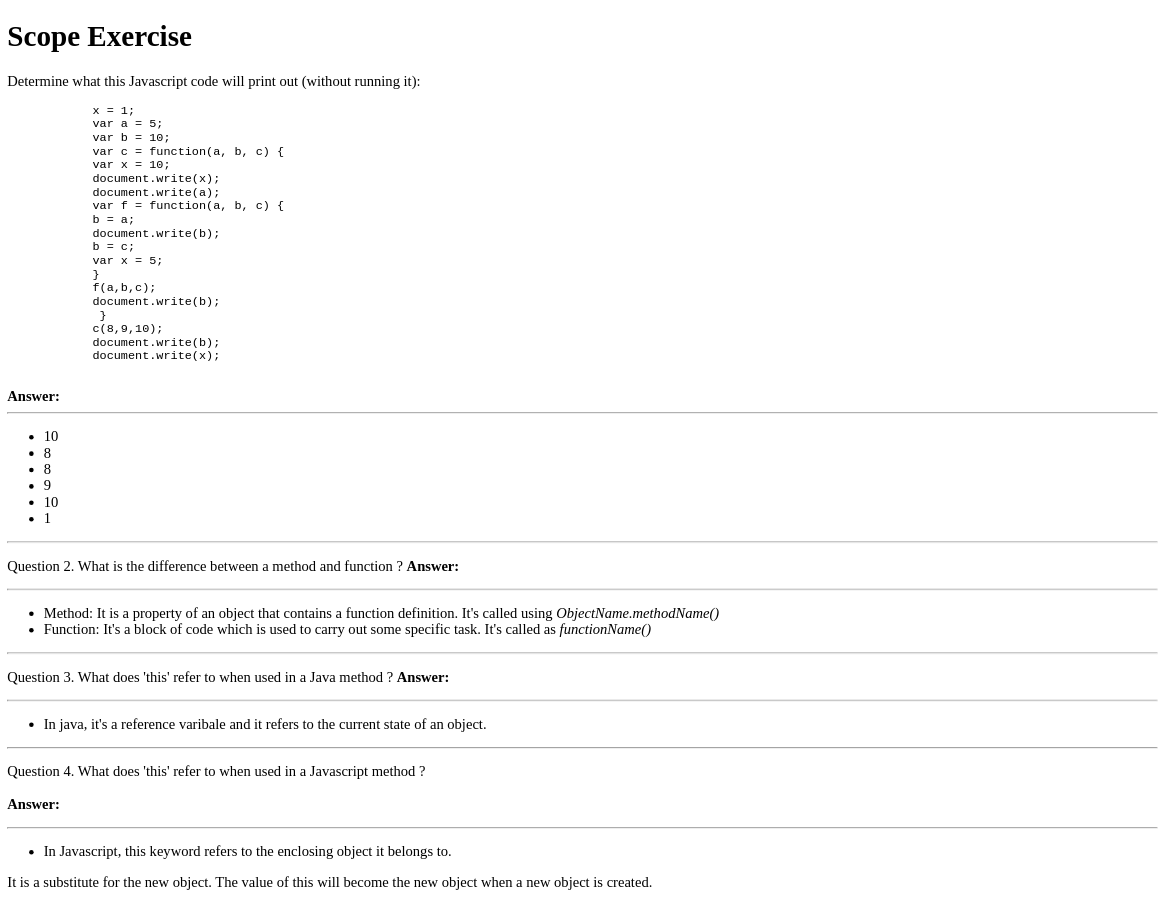
Repository: bethelbahiru/WAP
Page: Homework3/scope.html
An editor plug-in stored every save of this project. The page is shown before and after the next save, followed by the edit.
The browser window is 1280 px wide. The pictures show the whole page, at 91% of full size.

Above is the page before, as saved 2022-01-18 16:30:26.

After the next save:
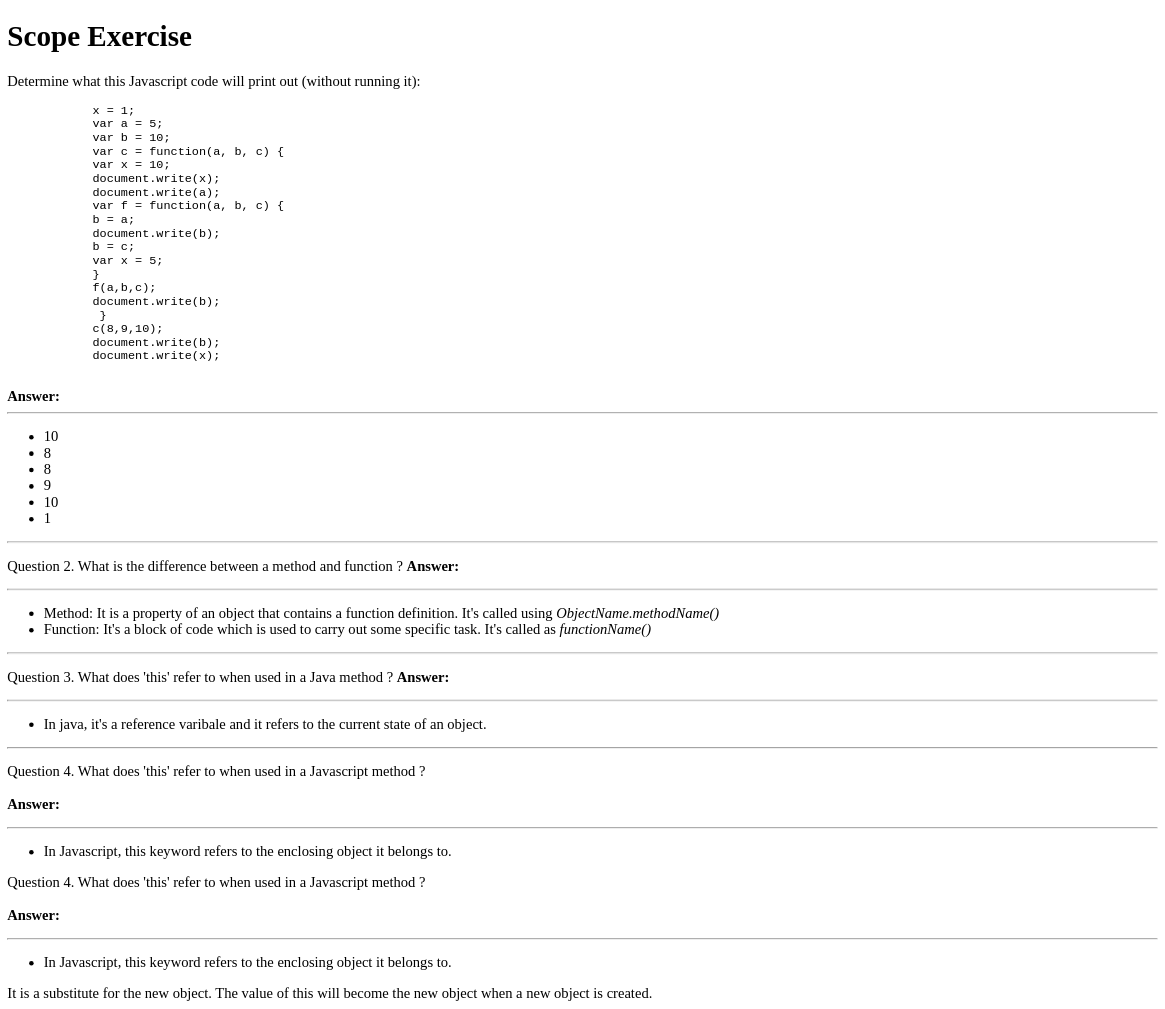
Saved 8 s later.
--- a/Homework3/scope.html
+++ b/Homework3/scope.html
@@ -71,6 +71,16 @@
         </ul>
     </p>
 
+    <p>Question 4. What does 'this' refer to when used in a Javascript method ?
+        <br/>
+        <br/>
+        <strong>Answer:</strong>
+        <hr>
+        <ul>
+            <li>In Javascript, this keyword refers to the enclosing object it belongs to.</li>
+        </ul>
+    </p>
+
 
 
 
